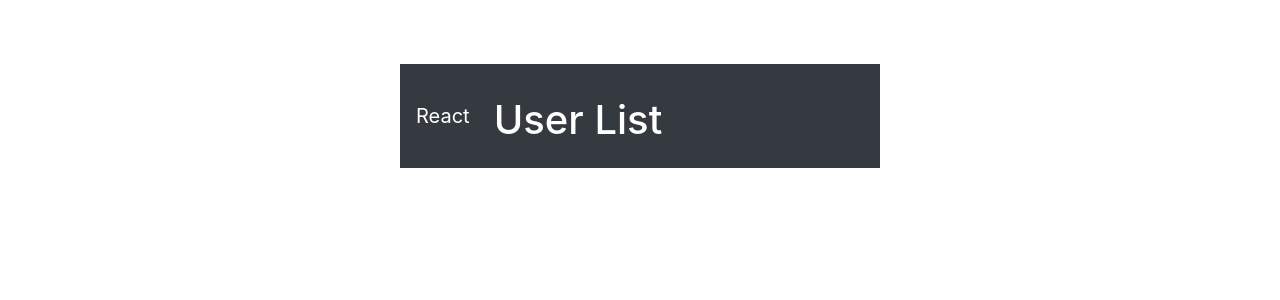
Repository: Abdaljawad-Aya/interview-task
Page: / (app in javascriptArray/test/)
These files come from the project's save history. The page is drawn as it stood at one moment and after the next save; the edit follows.
The browser window is 1280 px wide. The pictures show the whole page.
Some web libraries are served in a nearby version. The project was rebuilt for these pictures with package versions that can differ from the ones it lists, and the page was loaded fresh each time. Also part of the build but not shown: javascriptArray/test/src/compnents/AddUser.js, javascriptArray/test/src/compnents/EditUser.js. Imported but missing from the stored project, and not drawn on this page: javascriptArray/test/src/context/GlobalState.

Above is the page before, as saved 2021-03-10 20:13:47.

After the next save:
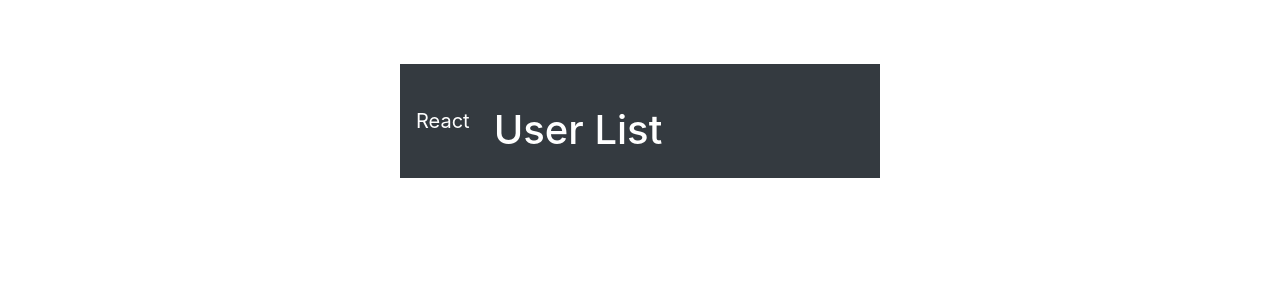
Saved 50 s later.
--- a/javascriptArray/test/src/compnents/Heading.js
+++ b/javascriptArray/test/src/compnents/Heading.js
@@ -5,7 +5,11 @@ import { Navbar, Nav, NavItem, NavbarBrand, Container } from 'reactstrap'
 export const Heading = () => {
   return (
     <div>
-      <Navbar color="dark" dark></Navbar>
+      <Navbar color="dark" dark>
+        <Container>
+          <NavbarBrand href=""></NavbarBrand>
+        </Container>
+      </Navbar>
     </div>
   )
 }
